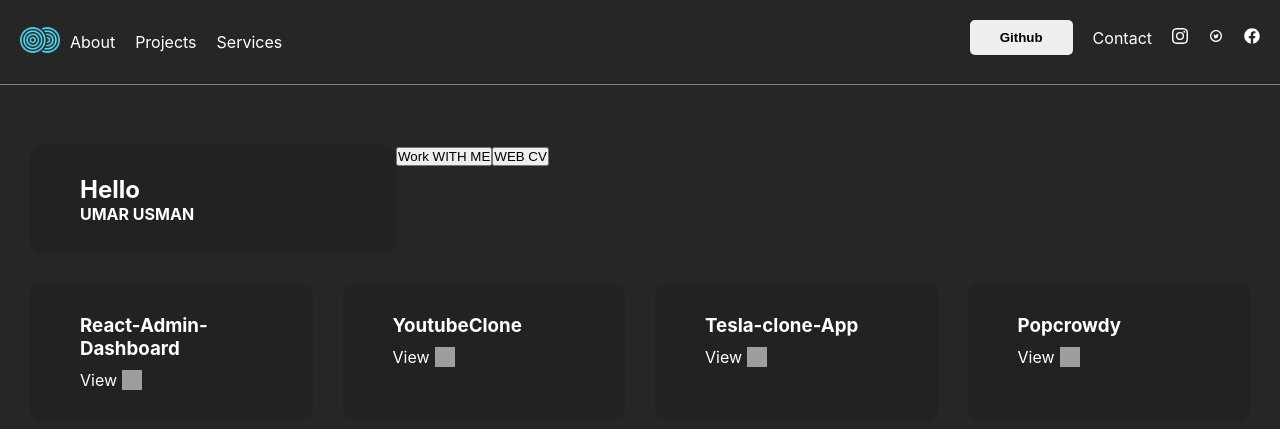
Repository: uh-sman/Portfolio
Page: /
An editor plug-in stored every save of this project. The page is shown before and after the next save, followed by the edit.
The browser window is 1280 px wide. The pictures show the whole page.
Pictures or frames that could not be fetched are drawn as grey boxes. The project was rebuilt for these pictures with package versions that can differ from the ones it lists, and the page was loaded fresh each time. Also part of the build but not shown: src/components/Projects.jsx, src/components/Services.jsx.

Above is the page before, as saved 2022-11-18 23:05:42.

After the next save:
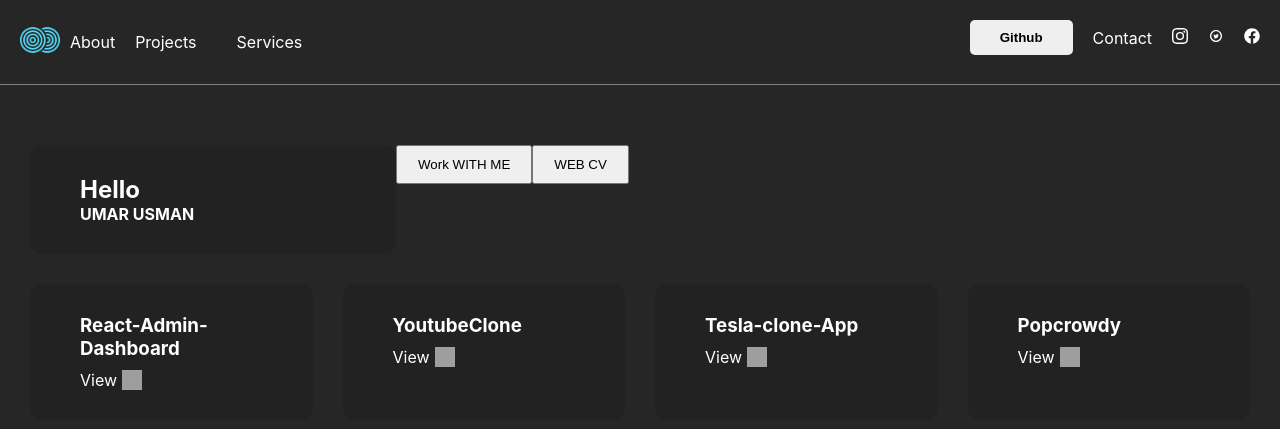
Saved 50 s later.
--- a/src/components/About.jsx
+++ b/src/components/About.jsx
@@ -11,8 +11,8 @@ const About = () => {
             <h4>UMAR USMAN</h4>
           </div>
           <div>
-            <button>Work WITH ME</button>
-            <button>WEB CV</button>
+            <button className="btn">Work WITH ME</button>
+            <button className="btn">WEB CV</button>
           </div>
         </div>
         <div>
--- a/src/components/about.css
+++ b/src/components/about.css
@@ -13,3 +13,6 @@
 .about-card {
   display: flex;
 }
+.btn {
+  padding: 10px 20px;
+}
